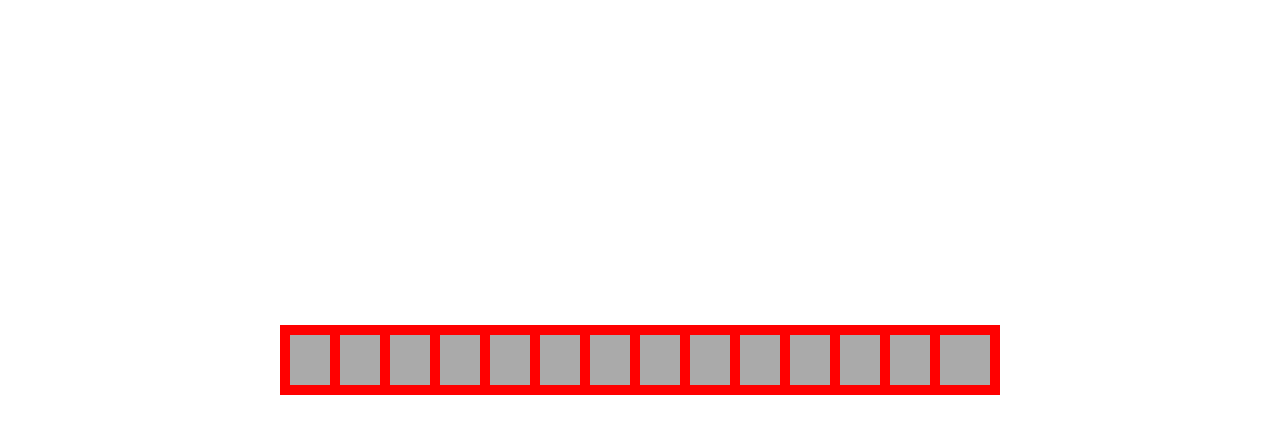
Repository: hao-xh/test
Page: vscode/index.html
An editor plug-in stored every save of this project. The page is shown before and after the next save, followed by the edit.
The browser window is 1280 px wide. The pictures show the whole page.

Above is the page before, as saved 2019-03-20 12:05:26.

### vscode/index.html
<!DOCTYPE html>
<html lang="en">

<head>
    <meta charset="UTF-8">
    <meta name="viewport" content="width=device-width, initial-scale=1.0">
    <meta http-equiv="X-UA-Compatible" content="ie=edge">
    <title>Document</title>
    <link rel="stylesheet" href="./css/index.css">
</head>

<body>
    <!-- <a href="https://aaaaaa.html">1111</a> -->

    <!-- <video src=""></video>
  <audio src=""></audio>
  <canvas></canvas>
  <header></header>
  <nav></nav>
  <aside></aside>
  <section></section>
  <footer></footer> -->
    <div></div>
    <div></div>
    <div></div>


    <div></div>




    <div></div>


    <div></div>


    <div></div>


    <div></div>


    <div></div>


    <div></div>





    <div></div>



    <div></div>


    <div></div>




    <div></div>
</body>
<script src="./js/index.js"></script>
<script>
    // window.onload() => {

    // }
    // let a = [1, 2, 3];

    // window.onload = function () {
    //   console.log('Hello Word!');
    // }
    // $('a').addEventListener('click',function(ev) {
    //   ev.preventDefault();
    //   console.log(1);
    // })
</script>

</html>

### vscode/css/index.css
body,
html {
  width: 100%;
  height: 100%;
}

* {
  margin: 0;
  padding: 0;
}

body {
  display: -webkit-flex;
  display: flex;
  justify-content: center;
  align-items: center;
}

div {
  width: 50px;
  height: 50px;
  background-color: #aaa;
  /* border-style: solid; */
  /* border-top: 2px solid red;
  border-right: 5px solid green;
  border-bottom: 10px solid yellow;
  border-left: 15px solid blue; */
  outline: 10px solid red;
}

/* .a1 { */
/* color: # */
/* } */

### vscode/js/index.js
function $(str) {
  return document.querySelector(str);
}

After the next save:
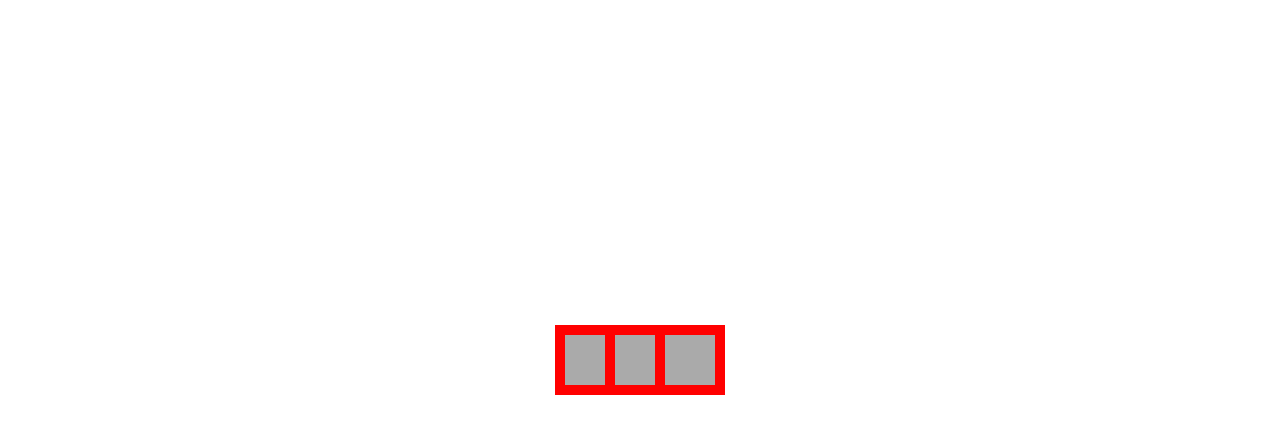
Saved 31 s later.
--- a/vscode/index.html
+++ b/vscode/index.html
@@ -23,47 +23,6 @@
     <div></div>
     <div></div>
     <div></div>
-
-
-    <div></div>
-
-
-
-
-    <div></div>
-
-
-    <div></div>
-
-
-    <div></div>
-
-
-    <div></div>
-
-
-    <div></div>
-
-
-    <div></div>
-
-
-
-
-
-    <div></div>
-
-
-
-    <div></div>
-
-
-    <div></div>
-
-
-
-
-    <div></div>
 </body>
 <script src="./js/index.js"></script>
 <script>
